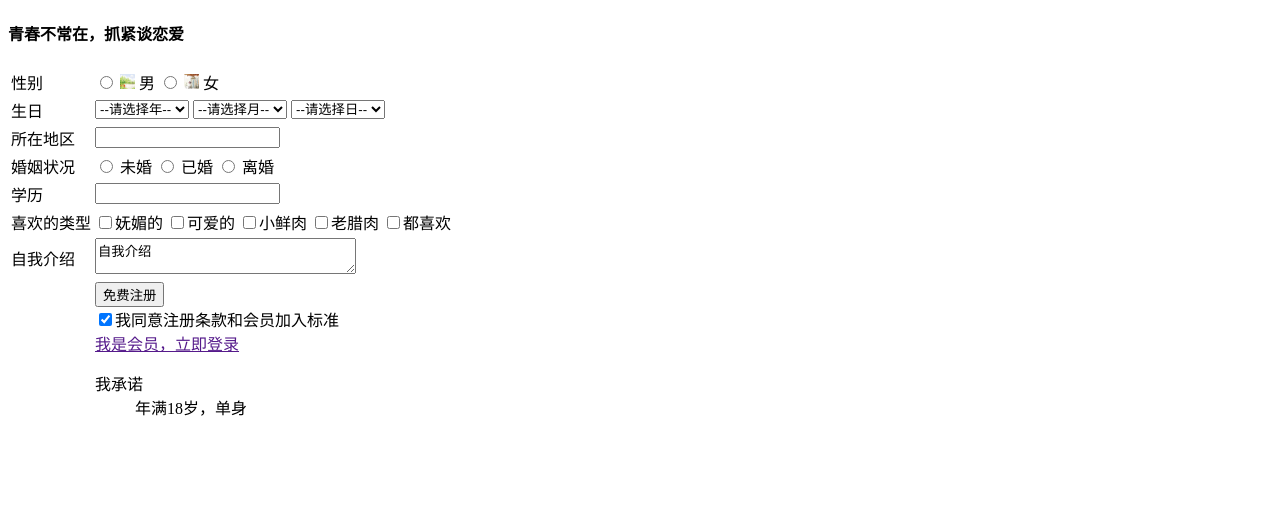
Repository: zhengdeya/web-based
Page: 10-注册页面.html
The author's editor kept a copy of each file at every save. The page is drawn from the files as they stood at one save, then again after the next save.
The browser window is 1280 px wide. The pictures show the whole page.

Above is the page before, as saved 2021-03-28 10:07:24.

### 10-注册页面.html
<!DOCTYPE html>
<html lang="en">

<head>
    <meta charset="UTF-8">
    <meta http-equiv="X-UA-Compatible" content="IE=edge">
    <meta name="viewport" content="width=device-width, initial-scale=1.0">
    <title>注册页面</title>
</head>

<body>
    <div>
        <h4>青春不常在，抓紧谈恋爱</h4>
        <form action="POST">
            <table>
                <tr>
                    <td>性别</td>
                    <td>
                        <input type="radio" id="nan" name="sex">
                        <label for="nan">
                            <img src="imgs/4p44rcpiz4a4p44rcpiz4a.jpg" width="15px" height="15px" alt="">
                            男
                        </label>
                        <input type="radio" id="nv" name="sex">
                        <label for="nv">
                            <img src="imgs/211ebki1g1v211ebki1g1v.jpg" width="15px" height="15px" alt="">
                            女
                        </label>
                    </td>
                </tr>
                <tr>
                    <td>生日</td>
                    <td>
                        <select name="" id="">
                            <option value="" selected>--请选择年--</option>
                            <option value="">1998</option>
                            <option value="">1999</option>
                            <option value="">2000</option>
                            <option value="">2001</option>
                            <option value="">2002</option>
                            <option value="">2003</option>
                            <option value="">2004</option>
                        </select>
                        <select name="" id="">
                            <option value="" selected>--请选择月--</option>
                            <option value="">1</option>
                            <option value="">2</option>
                            <option value="">3</option>
                            <option value="">4</option>
                            <option value="">5</option>
                            <option value="">6</option>
                            <option value="">7</option>
                            <option value="">8</option>
                            <option value="">9</option>
                            <option value="">10</option>
                            <option value="">11</option>
                            <option value="">12</option>
                        </select>
                        <select name="" id="">
                            <option value="" selected>--请选择日--</option>
                            <option value="">1</option>
                            <option value="">2</option>
                            <option value="">3</option>
                            <option value="">4</option>
                            <option value="">5</option>
                            <option value="">6</option>
                            <option value="">7</option>
                        </select>
                    </td>
                </tr>
                <tr>
                    <td>所在地区</td>
                    <td>
                        <input type="text" width="100px">
                    </td>
                </tr>
                <tr>
                    <td>婚姻状况</td>
                    <td>
                        <input type="radio" id="m1" name="m">
                        <label for="m1">未婚</label>
                        <input type="radio" id="m2" name="m">
                        <label for="m2">已婚</label>
                        <input type="radio" id="m3" name="m">
                        <label for="m3">离婚</label>
                    </td>
                </tr>
                <tr>
                    <td>学历</td>
                    <td>
                        <input type="text" width="100px">
                    </td>
                </tr>
                <tr>
                    <td>喜欢的类型</td>
                    <td>
                        <input type="checkbox" id="c1"><label for="c1">妩媚的</label>
                        <input type="checkbox" id="c2"><label for="c2">可爱的</label>
                        <input type="checkbox" id="c3"><label for="c3">小鲜肉</label>
                        <input type="checkbox" id="c4"><label for="c4">老腊肉</label>
                        <input type="checkbox" id="c5"><label for="c5">都喜欢</label>
                    </td>
                </tr>
                <tr>
                    <td>自我介绍</td>
                    <td>
                        <textarea name="" id="" cols="30" rows="2">自我介绍</textarea>
                    </td>
                </tr>
                <tr>
                    <td></td>
                    <td>
                        <button>免费注册</button>
                        <br>
                        <input type="checkbox" checked id="ch"><label for="ch">我同意注册条款和会员加入标准</label>
                        <br>
                        <a href="">我是会员，立即登录</a>
                        <br>
                        <dl>
                            <dt>我承诺</dt>
                            <dd>年满18岁，单身</dd>
                        </dl>
                    </td>
                </tr>

            </table>
        </form>

    </div>
</body>

</html>

After the next save:
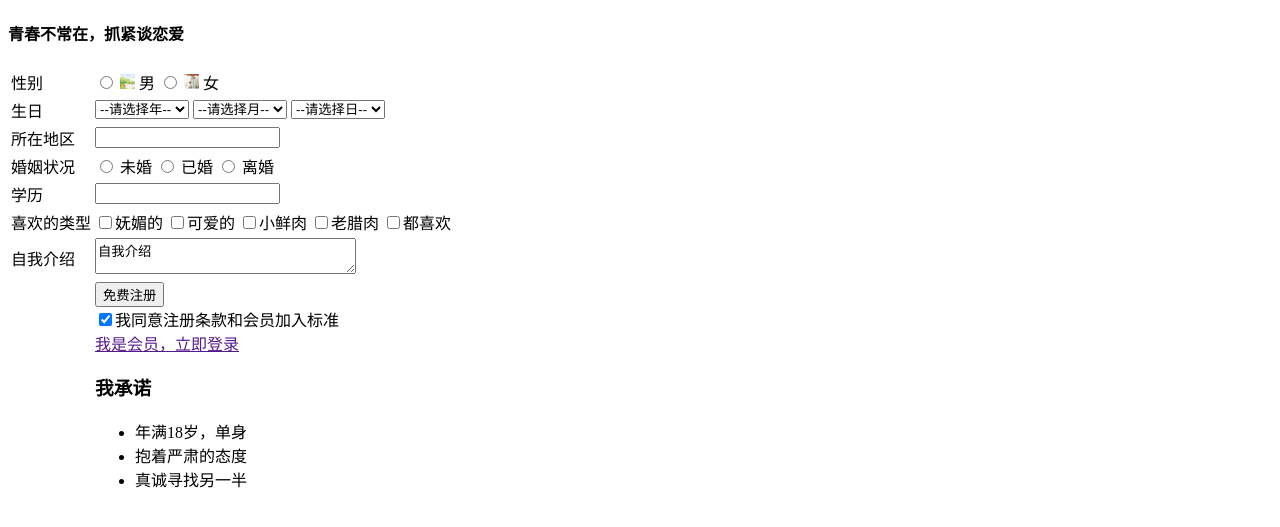
Saved 98 s later.
--- a/10-注册页面.html
+++ b/10-注册页面.html
@@ -116,10 +116,12 @@
                         <br>
                         <a href="">我是会员，立即登录</a>
                         <br>
-                        <dl>
-                            <dt>我承诺</dt>
-                            <dd>年满18岁，单身</dd>
-                        </dl>
+                        <h3>我承诺</h3>
+                        <ul>
+                            <li>年满18岁，单身</li>
+                            <li>抱着严肃的态度</li>
+                            <li>真诚寻找另一半</li>
+                        </ul>
                     </td>
                 </tr>
 
